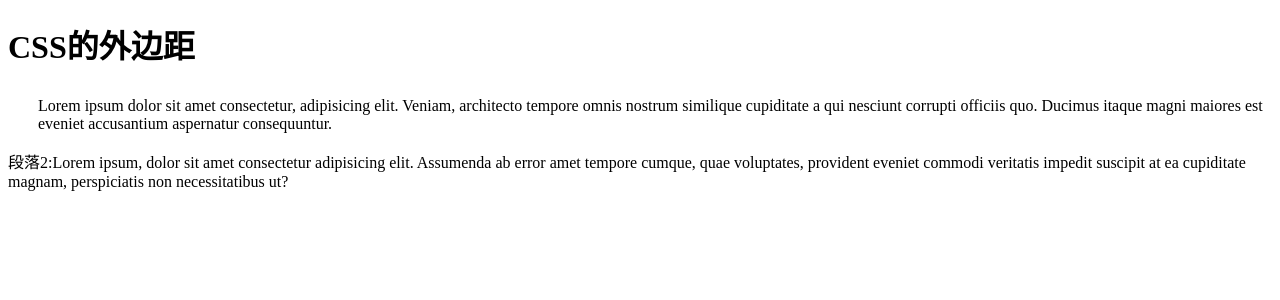
Repository: nanfengovo/CSS
Page: margin.html
The author's editor kept a copy of each file at every save. The page is drawn from the files as they stood at one save, then again after the next save.
The browser window is 1280 px wide. The pictures show the whole page.

Above is the page before, as saved 2025-01-01 10:11:33.

After the next save:
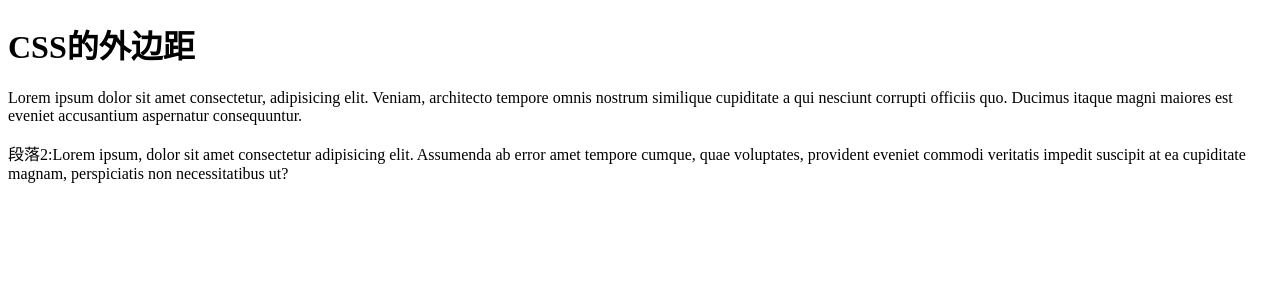
Saved 5 s later.
--- a/margin.html
+++ b/margin.html
@@ -5,10 +5,7 @@
     <meta name="viewport" content="width=device-width, initial-scale=1.0">
     <title>CSS的外边距</title>
     <style>
-        #div_1{
-            margin-left: 30px;
-            margin-top: 30px;
-        }
+
     </style>
 </head>
 <body>
